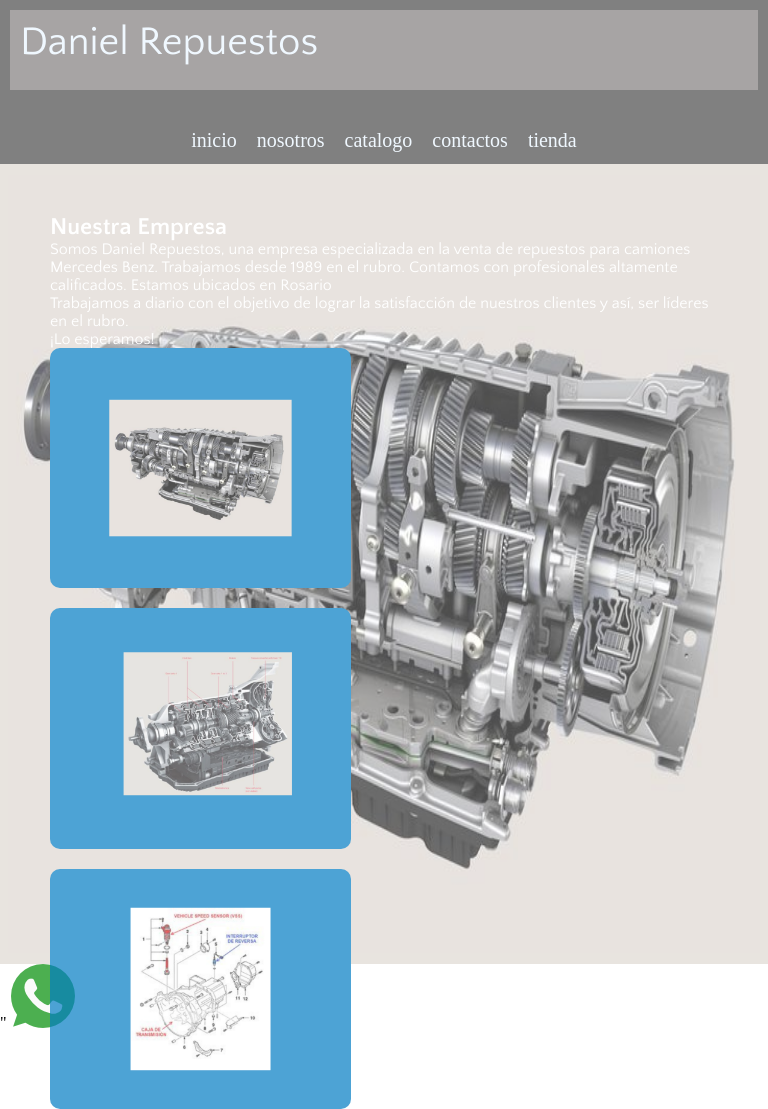
Repository: minesterani/proyecto-caja
Page: pages/nosotros.html
These files come from the project's save history. The page is drawn as it stood at one moment and after the next save; the edit follows.
The browser window is 768 px wide. The pictures show the whole page.

Above is the page before, as saved 2024-09-18 11:33:42.

After the next save:
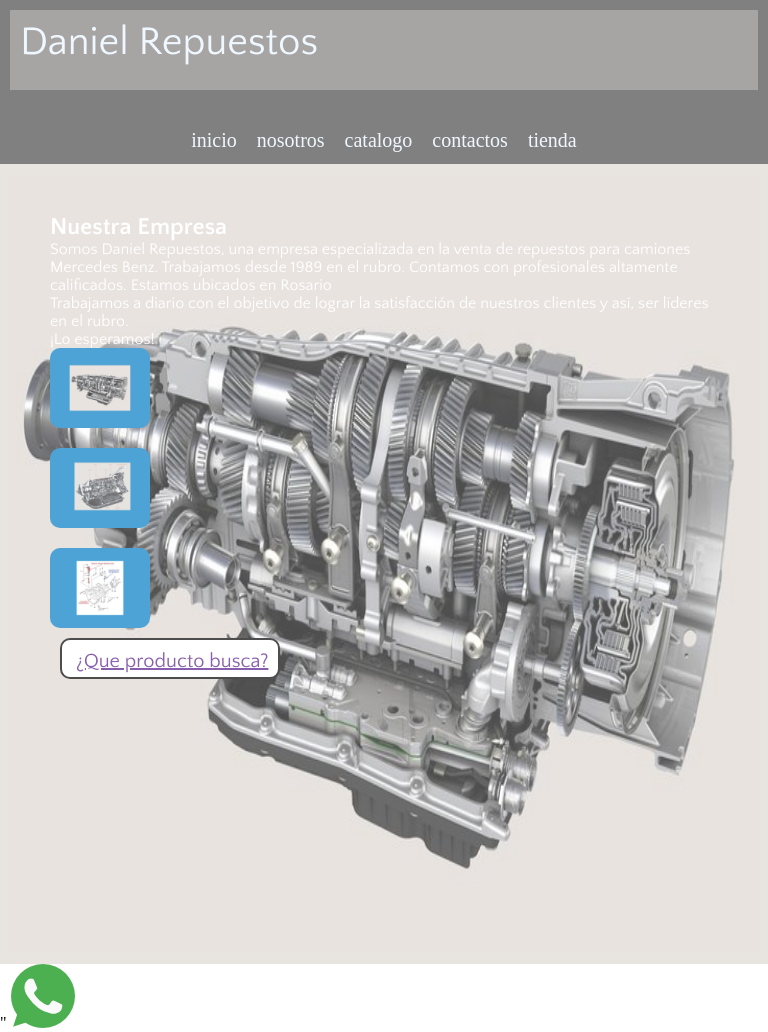
Saved 2 min 34 s later.
--- a/css/style.css
+++ b/css/style.css
@@ -460,19 +460,20 @@
         }
         .container-nosotros {
             flex-direction: column;
+            align-items: center;
         }
 
         .imagenes-nosotros {
-            justify-content: center;
+            width: 100%;
         }
 
         .imagenes-nosotros img {
-            width: 100%;
-            height: auto;
+            max-height: 200px;
         }
 
         .texto-nosotros {
             width: 100%;
+            text-align: center;
         }
     }
    .grid{
